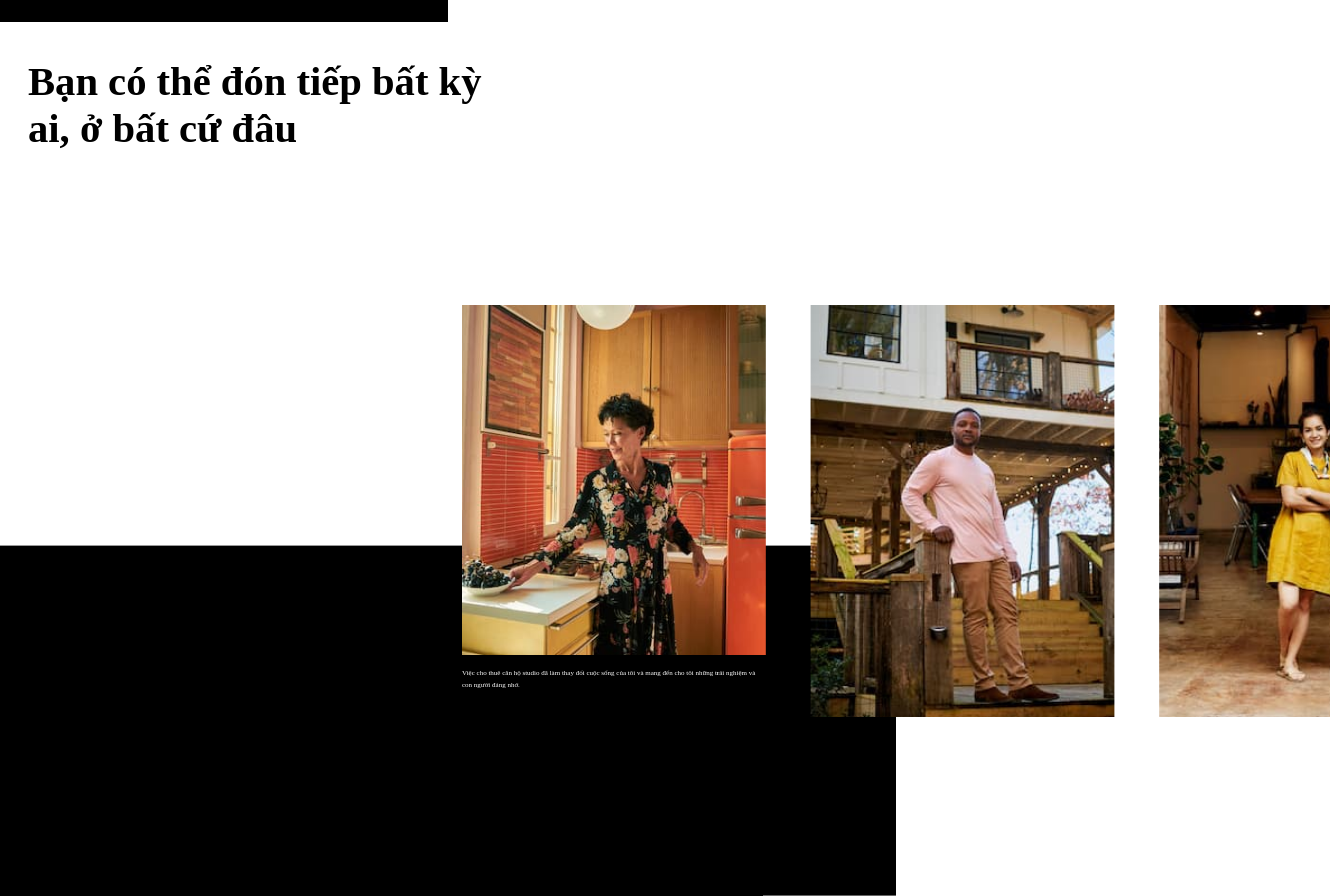
Repository: HoanTiny/AirbnbClone
Page: page3.html
These files come from the project's save history. The page is drawn as it stood at one moment and after the next save; the edit follows.
The browser window is 1280 px wide. The page is 1900 px wide, so the pictures cover 1900 px, including what lies to the right of the window. The pictures show the part of the page from y = 688 to 1968 px (the page is 1968 px tall), at 70% of full size.
Pictures or frames that could not be fetched are drawn as grey boxes.

Above is the page before, as saved 2021-09-13 11:23:28.

### page3.html
<!DOCTYPE html>
<html lang="en">
    <head>
        <meta charset="UTF-8" />
        <meta http-equiv="X-UA-Compatible" content="IE=edge" />
        <meta name="viewport" content="width=device-width, initial-scale=1.0" />
        <link rel="stylesheet" href="./acess/css/mainpage3.css" />
        <link rel="stylesheet" href="./acess/css/gird.css" />
        <link rel="stylesheet" href="./acess/css/base.css" />
        <link rel="stylesheet" href="./acess/css/reponsive.css" />
        <link
            rel="stylesheet"
            href="./acess/font/fontawesome-free-5.15.3-web/css/all.min.css"
        />
        <title>Cho thuê nhà</title>
    </head>
    <body>
        <div class="app-p3">
            <div class="banner">
                <div class="banner__left">
                    <div class="banner__left-img">
                        <svg
                            width="30"
                            height="32"
                            fill="currentcolor"
                            color="#fff"
                            style="display: block"
                        >
                            <path
                                d="M29.24 22.68c-.16-.39-.31-.8-.47-1.15l-.74-1.67-.03-.03c-2.2-4.8-4.55-9.68-7.04-14.48l-.1-.2c-.25-.47-.5-.99-.76-1.47-.32-.57-.63-1.18-1.14-1.76a5.3 5.3 0 00-8.2 0c-.47.58-.82 1.19-1.14 1.76-.25.52-.5 1.03-.76 1.5l-.1.2c-2.45 4.8-4.84 9.68-7.04 14.48l-.06.06c-.22.52-.48 1.06-.73 1.64-.16.35-.32.73-.48 1.15a6.8 6.8 0 007.2 9.23 8.38 8.38 0 003.18-1.1c1.3-.73 2.55-1.79 3.95-3.32 1.4 1.53 2.68 2.59 3.95 3.33A8.38 8.38 0 0022.75 32a6.79 6.79 0 006.75-5.83 5.94 5.94 0 00-.26-3.5zm-14.36 1.66c-1.72-2.2-2.84-4.22-3.22-5.95a5.2 5.2 0 01-.1-1.96c.07-.51.26-.96.52-1.34.6-.87 1.65-1.41 2.8-1.41a3.3 3.3 0 012.8 1.4c.26.4.45.84.51 1.35.1.58.06 1.25-.1 1.96-.38 1.7-1.5 3.74-3.21 5.95zm12.74 1.48a4.76 4.76 0 01-2.9 3.75c-.76.32-1.6.41-2.42.32-.8-.1-1.6-.36-2.42-.84a15.64 15.64 0 01-3.63-3.1c2.1-2.6 3.37-4.97 3.85-7.08.23-1 .26-1.9.16-2.73a5.53 5.53 0 00-.86-2.2 5.36 5.36 0 00-4.49-2.28c-1.85 0-3.5.86-4.5 2.27a5.18 5.18 0 00-.85 2.21c-.13.84-.1 1.77.16 2.73.48 2.11 1.78 4.51 3.85 7.1a14.33 14.33 0 01-3.63 3.12c-.83.48-1.62.73-2.42.83a4.76 4.76 0 01-5.32-4.07c-.1-.8-.03-1.6.29-2.5.1-.32.25-.64.41-1.02.22-.52.48-1.06.73-1.6l.04-.07c2.16-4.77 4.52-9.64 6.97-14.41l.1-.2c.25-.48.5-.99.76-1.47.26-.51.54-1 .9-1.4a3.32 3.32 0 015.09 0c.35.4.64.89.9 1.4.25.48.5 1 .76 1.47l.1.2c2.44 4.77 4.8 9.64 7 14.41l.03.03c.26.52.48 1.1.73 1.6.16.39.32.7.42 1.03.19.9.29 1.7.19 2.5z"
                            ></path>
                        </svg>
                    </div>
                    <div class="banner__left-conttent">
                        <h1 class="banner__left-heading">
                            Đón tiếp khách làm nên linh hồn của Airbnb
                        </h1>
                        <button class="banner__left-btn">
                            Thử đón tiếp khách
                        </button>
                    </div>
                    <i class="fas fa-chevron-down banner__left-icon"></i>
                </div>
                <div class="banner-right">
                    <video
                        id="video"
                        src="./acess/img/Cho thuê nhà trên Airbnb.webm"
                        class="banner__right-video"
                        autoplay
                        crossorigin="anonymous"
                        playsinline
                        preload="auto"
                        aria-label="Chelsea, Chủ nhà ở Philadelphia, mỉm cười khi mở cửa. Soraya, Chủ nhà ở Mumbai, mỉm cười khi mở cửa trước cùng một người khác ở bên cạnh. Mohamed, Chủ nhà ở Johannesburg, mỉm cười khi mở cửa. Maria, Chủ nhà ở Mexico City, gật đầu mỉm cười khi mang cây đi."
                    ></video>
                </div>
            </div>
            <div class="content">
                <div class="content__heading">
                    <div class="grid wide">
                        <h2 class="content__heading-top">
                            Bạn có thể đón tiếp bất kỳ ai, ở bất cứ đâu
                        </h2>
                    </div>
                    <div class="grid wide">
                        <div class="content__home">
                            <div class="home__img">
                                <div class="home__img-home__product">
                                    <img src="./acess/img/home-p3.jpg" class="img content__home-img"></img>
                                </div>
                                <div class="home__img-home__product-text">

                                    <p class="home__img-text">Việc cho thuê căn hộ studio đã làm thay đổi cuộc sống của tôi và mang đến cho tôi những trải nghiệm và con người đáng nhớ.</p>
                                    <p class="home__img-text-e">Hoàn</p>
                                </div>
                            </div>
                            <div class="home__img">
                                <img src="./acess/img/home-p3-2.jpg" class="img content__home-img"></img>
                            </div>
                            <div class="home__img">
                                <img src="./acess/img/home-p3-3.jpg" class="img content__home-img"></img>
                            </div>
                            <div class="home__img">
                                <img src="./acess/img/home-p3-4.jpg" class="img content__home-img"></img>
                            </div>
                        </div>
                    </div>
                </div>
                <div class="content__search"></div>
            </div>
        </div>
        <script>
            var videoPlayer = document.getElementById("video");
            // Auto play, half volume.
            videoPlayer.play();
            videoPlayer.volume = 0.5;

            // Play / pause.
            videoPlayer.addEventListener("click", function () {
                if (videoPlayer.paused == false) {
                    videoPlayer.pause();
                    videoPlayer.firstChild.nodeValue = "Play";
                } else {
                    videoPlayer.play();
                    videoPlayer.firstChild.nodeValue = "Pause";
                }
            });
        </script>
    </body>
</html>

### acess/css/mainpage3.css
body {
    margin: 0;
}

.banner {
    height: 100vh;
    display: flex;
    justify-content: center;
}
.banner__left {
    width: 50%;
    background-color: #000;
    position: relative;
}
.banner__left-img {
    padding: 24px;
}
.banner__left-conttent {
    display: flex;
    flex-direction: column;
    align-items: center;
    justify-content: center;
    position: absolute;
    top: 50%;
    left: 50%;
    transform: translate(-50%, -50%);
    width: fit-content;
}
.banner__left-heading {
    color: #fff;
    text-align: center;
    font-size: 6.8rem;
    line-height: 7rem;
    padding: 12px 24px;
    font-weight: 500;
}
.banner__left-btn {
    padding: 18px 32px;
    font-size: 1.8rem;
    border-radius: 12px;
    background-image: linear-gradient(
        to right,
        rgb(229, 29, 80),
        rgb(220, 14, 100)
    );
    color: var(--white-color);
    border: none;
    cursor: pointer;
}

.banner__left-icon {
    color: var(--white-color);
    position: absolute;
    bottom: 32px;
    font-size: 1.5rem;
    left: 50%;
    padding: 12px;
    margin-left: -12px;
    border-radius: 50%;
    cursor: pointer;
}

.banner__left-icon:hover {
    background-color: #999;
}

.banner-right {
    width: 50%;
}

.banner__right-video {
    object-fit: cover;
    object-position: center top;
    width: 100%;
    height: 100%;
}

.content__heading {
    position: relative;
    height: 700px;
}

.content__heading-top {
    margin-top: 48px;
    font-size: 5.8rem;
    line-height: 6.8rem;
    text-align: left;
    width: 60%;
}

.content__home {
    position: absolute;
    bottom: -35%;
    max-width: 100%;
    overflow-x: auto;
    flex-wrap: nowrap;
    display: flex;
    transform: translate(50%);
}

.content__home::-webkit-scrollbar {
    display: none;
}

.home__img {
    flex-shrink: 0;
    width: 35%;
    margin-right: 64px;
}

.home__img-text {
    color: var(--white-color);
}

.content__home-img {
    width: 100%;
    height: 100%;
    object-fit: cover;
}

.content__search {
    background-color: #000;
    height: 500px;
}

### acess/css/gird.css
.grid {
    width: 100%;
    display: block;
    padding: 0;
}

.grid.wide {
    max-width: 1200px;
    margin: 0 auto;
}

.row {
    display: flex;
    flex-wrap: wrap;
    margin-left: -8px;
    margin-right: -8px;
}

.row.no-gutters {
    margin-left: 0;
    margin-right: 0;
}

.col {
    padding-left: 12px;
    padding-right: 12px;
}

.row.no-gutters .col {
    padding-left: 0;
    padding-right: 0;
}

.c-0 {
    display: none;
}

.c-1 {
    flex: 0 0 8.33333%;
    max-width: 8.33333%;
}

.c-2 {
    flex: 0 0 16.66667%;
    max-width: 16.66667%;
}

.c-3 {
    flex: 0 0 25%;
    max-width: 25%;
}

.c-4 {
    flex: 0 0 33.33333%;
    max-width: 33.33333%;
}

.c-5 {
    flex: 0 0 41.66667%;
    max-width: 41.66667%;
}

.c-6 {
    flex: 0 0 50%;
    max-width: 50%;
}

.c-7 {
    flex: 0 0 58.33333%;
    max-width: 58.33333%;
}

.c-8 {
    flex: 0 0 66.66667%;
    max-width: 66.66667%;
}

.c-9 {
    flex: 0 0 75%;
    max-width: 75%;
}

.c-10 {
    flex: 0 0 83.33333%;
    max-width: 83.33333%;
}

.c-11 {
    flex: 0 0 91.66667%;
    max-width: 91.66667%;
}

.c-12 {
    flex: 0 0 100%;
    max-width: 100%;
}

.c-o-1 {
    margin-left: 8.33333%;
}

.c-o-2 {
    margin-left: 16.66667%;
}

.c-o-3 {
    margin-left: 25%;
}

.c-o-4 {
    margin-left: 33.33333%;
}

.c-o-5 {
    margin-left: 41.66667%;
}

.c-o-6 {
    margin-left: 50%;
}

.c-o-7 {
    margin-left: 58.33333%;
}

.c-o-8 {
    margin-left: 66.66667%;
}

.c-o-9 {
    margin-left: 75%;
}

.c-o-10 {
    margin-left: 83.33333%;
}

.c-o-11 {
    margin-left: 91.66667%;
}

/* >= Tablet */
@media (min-width: 740px) {
    .row {
        margin-left: -4px;
        margin-right: -4px;
    }

    .col {
        padding-left: 4px;
        padding-right: 4px;
    }

    .m-0 {
        display: none;
    }

    .m-1,
    .m-2,
    .m-3,
    .m-4,
    .m-5,
    .m-6,
    .m-7,
    .m-8,
    .m-9,
    .m-10,
    .m-11,
    .m-12 {
        display: block;
    }

    .m-1 {
        flex: 0 0 8.33333%;
        max-width: 8.33333%;
    }

    .m-2 {
        flex: 0 0 16.66667%;
        max-width: 16.66667%;
    }

    .m-3 {
        flex: 0 0 25%;
        max-width: 25%;
    }

    .m-4 {
        flex: 0 0 33.33333%;
        max-width: 33.33333%;
    }

    .m-5 {
        flex: 0 0 41.66667%;
        max-width: 41.66667%;
    }

    .m-6 {
        flex: 0 0 50%;
        max-width: 50%;
    }

    .m-7 {
        flex: 0 0 58.33333%;
        max-width: 58.33333%;
    }

    .m-8 {
        flex: 0 0 66.66667%;
        max-width: 66.66667%;
    }

    .m-9 {
        flex: 0 0 75%;
        max-width: 75%;
    }

    .m-10 {
        flex: 0 0 83.33333%;
        max-width: 83.33333%;
    }

    .m-11 {
        flex: 0 0 91.66667%;
        max-width: 91.66667%;
    }

    .m-12 {
        flex: 0 0 100%;
        max-width: 100%;
    }

    .m-o-1 {
        margin-left: 8.33333%;
    }

    .m-o-2 {
        margin-left: 16.66667%;
    }

    .m-o-3 {
        margin-left: 25%;
    }

    .m-o-4 {
        margin-left: 33.33333%;
    }

    .m-o-5 {
        margin-left: 41.66667%;
    }

    .m-o-6 {
        margin-left: 50%;
    }

    .m-o-7 {
        margin-left: 58.33333%;
    }

    .m-o-8 {
        margin-left: 66.66667%;
    }

    .m-o-9 {
        margin-left: 75%;
    }

    .m-o-10 {
        margin-left: 83.33333%;
    }

    .m-o-11 {
        margin-left: 91.66667%;
    }
}

/* PC medium resolution > */
@media (min-width: 1113px) {
    .row {
        margin-left: -12px;
        margin-right: -12px;
    }

    .row.sm-gutter {
        margin-left: -5px;
        margin-right: -5px;
    }

    .col {
        padding-left: 12px;
        padding-right: 12px;
    }

    .row.sm-gutter .col {
        padding-left: 5px;
        padding-right: 5px;
    }

    .l-0 {
        display: none;
    }

    .l-1,
    .l-2,
    .l-2-4,
    .l-3,
    .l-4,
    .l-5,
    .l-6,
    .l-7,
    .l-8,
    .l-9,
    .l-10,
    .l-11,
    .l-12 {
        display: block;
    }

    .l-1 {
        flex: 0 0 8.33333%;
        max-width: 8.33333%;
    }

    .l-2 {
        flex: 0 0 16.66667%;
        max-width: 16.66667%;
    }

    .l-2-4 {
        flex: 0 0 20%;
        max-width: 20%;
    }

    .l-3 {
        flex: 0 0 25%;
        max-width: 25%;
    }

    .l-4 {
        flex: 0 0 33.33333%;
        max-width: 33.33333%;
    }

    .l-5 {
        flex: 0 0 41.66667%;
        max-width: 41.66667%;
    }

    .l-6 {
        flex: 0 0 50%;
        max-width: 50%;
    }

    .l-7 {
        flex: 0 0 58.33333%;
        max-width: 58.33333%;
    }

    .l-8 {
        flex: 0 0 66.66667%;
        max-width: 66.66667%;
    }

    .l-9 {
        flex: 0 0 75%;
        max-width: 75%;
    }

    .l-10 {
        flex: 0 0 83.33333%;
        max-width: 83.33333%;
    }

    .l-11 {
        flex: 0 0 91.66667%;
        max-width: 91.66667%;
    }

    .l-12 {
        flex: 0 0 100%;
        max-width: 100%;
    }

    .l-o-1 {
        margin-left: 8.33333%;
    }

    .l-o-2 {
        margin-left: 16.66667%;
    }

    .l-o-3 {
        margin-left: 25%;
    }

    .l-o-4 {
        margin-left: 33.33333%;
    }

    .l-o-5 {
        margin-left: 41.66667%;
    }

    .l-o-6 {
        margin-left: 50%;
    }

    .l-o-7 {
        margin-left: 58.33333%;
    }

    .l-o-8 {
        margin-left: 66.66667%;
    }

    .l-o-9 {
        margin-left: 75%;
    }

    .l-o-10 {
        margin-left: 83.33333%;
    }

    .l-o-11 {
        margin-left: 91.66667%;
    }
}

/* Tablet - PC low resolution */
@media (min-width: 740px) and (max-width: 1023px) {
    .wide {
        width: 644px;
    }
}

/* > PC low resolution */
@media (min-width: 1024px) and (max-width: 1239px) {
    .wide {
        width: 984px;
    }

    .wide .row {
        margin-left: -12px;
        margin-right: -12px;
    }

    .wide .row.sm-gutter {
        margin-left: -5px;
        margin-right: -5px;
    }

    .wide .col {
        padding-left: 12px;
        padding-right: 12px;
    }

    .wide .row.sm-gutter .col {
        padding-left: 5px;
        padding-right: 5px;
    }

    .wide .l-0 {
        display: none;
    }

    .wide .l-1,
    .wide .l-2,
    .wide .l-2-4,
    .wide .l-3,
    .wide .l-4,
    .wide .l-5,
    .wide .l-6,
    .wide .l-7,
    .wide .l-8,
    .wide .l-9,
    .wide .l-10,
    .wide .l-11,
    .wide .l-12 {
        display: block;
    }

    .wide .l-1 {
        flex: 0 0 8.33333%;
        max-width: 8.33333%;
    }

    .wide .l-2 {
        flex: 0 0 16.66667%;
        max-width: 16.66667%;
    }

    .wide .l-2-4 {
        flex: 0 0 20%;
        max-width: 20%;
    }

    .wide .l-3 {
        flex: 0 0 25%;
        max-width: 25%;
    }

    .wide .l-4 {
        flex: 0 0 33.33333%;
        max-width: 33.33333%;
    }

    .wide .l-5 {
        flex: 0 0 41.66667%;
        max-width: 41.66667%;
    }

    .wide .l-6 {
        flex: 0 0 50%;
        max-width: 50%;
    }

    .wide .l-7 {
        flex: 0 0 58.33333%;
        max-width: 58.33333%;
    }

    .wide .l-8 {
        flex: 0 0 66.66667%;
        max-width: 66.66667%;
    }

    .wide .l-9 {
        flex: 0 0 75%;
        max-width: 75%;
    }

    .wide .l-10 {
        flex: 0 0 83.33333%;
        max-width: 83.33333%;
    }

    .wide .l-11 {
        flex: 0 0 91.66667%;
        max-width: 91.66667%;
    }

    .wide .l-12 {
        flex: 0 0 100%;
        max-width: 100%;
    }

    .wide .l-o-1 {
        margin-left: 8.33333%;
    }

    .wide .l-o-2 {
        margin-left: 16.66667%;
    }

    .wide .l-o-3 {
        margin-left: 25%;
    }

    .wide .l-o-4 {
        margin-left: 33.33333%;
    }

    .wide .l-o-5 {
        margin-left: 41.66667%;
    }

    .wide .l-o-6 {
        margin-left: 50%;
    }

    .wide .l-o-7 {
        margin-left: 58.33333%;
    }

    .wide .l-o-8 {
        margin-left: 66.66667%;
    }

    .wide .l-o-9 {
        margin-left: 75%;
    }

    .wide .l-o-10 {
        margin-left: 83.33333%;
    }

    .wide .l-o-11 {
        margin-left: 91.66667%;
    }
}

### acess/css/base.css
:root {
    --white-color:#fff;
    --black-color: #000;
    --text-color: #333;
}

* {
    box-sizing: inherit;
}

html {
    /* font-family: Circular, -apple-system, BlinkMacSystemFont, Roboto, "Helvetica Neue", sans-serif; */
    font-family: 'Font Awesome 5 Free';
    box-sizing: border-box;
    font-size: 62.5%;
    line-height: 1.8rem;
}

### acess/css/reponsive.css
@media (min-width: 723px) and (max-width: 1023px) {
    .hold-on-mobile-tablet {
        display: none;
    }
    .background {
        background-position: unset;
    }

    .header__nav-list-tablet {
        display: flex;
    }

    .search {
        margin: 0;
    }

    .search__item:first-of-type {
        padding-left: 32px;
    }

    .search__item {
        margin: 0;
        padding: 12px;
    }

    .home__product-tablet {
        height: 140px;
        overflow: hidden;
        display: -webkit-box;
        -webkit-line-clamp: 2;
    }

    .home__category-tablet {
        display: flex;
        max-width: 100%;
        overflow-x: auto;
        flex-wrap: nowrap;
    }

    .home__category-tablet::-webkit-scrollbar {
        display: none;
    }

    .home__category-item-tablet {
        width: 33.3333%;
        flex-shrink: 0;
    }

    .footer-end {
        flex-direction: column-reverse;
    }

    .footer__end-social-list{
        display: flex;
        justify-content: center;
    }

    .footer__end-copyright-list{
        flex-wrap: wrap;
        justify-content: center;
    }

    .footer__end-copyright__item:first-of-type {
        width: 100%;
        text-align: center;
        margin-bottom: 4px;
    }

    .header__nav-scrollba-btn {
        margin-left: auto;
    }

}

@media (max-width: 723px)
{
    .hold-on-mobile {
        display: none;
    }

    .search {
        display: none;
    }
    .header__nav {
        display: none;
    }

    .header__mobile{
        display: flex;
    }

    .footer {
        text-align: center;
    }

    .home__category-tablet {
        display: flex;
        max-width: 100%;
        overflow-x: auto;
        flex-wrap: nowrap;
    }

    .home__category-tablet::-webkit-scrollbar {
        display: none;
    }

    .home__category-item-tablet {
        width: 33.3333%;
        flex-shrink: 0;
    }

    #header__nav-scrollbar {
        display: none;
    }

    .header__mobile {
        position: fixed;
        top: 0px;
        left: 0;
        right: 0;
        z-index: 12;
        align-items: center;
    }

    .header__mobile-btn {
        border: none;
        background-color: rgb(247, 247, 247);
        box-shadow: none;
        top: 20;
    }

    .web__content-heading {
        font-size: 2.2rem;
        line-height: 2.6rem;
    }

    .home__category-next {
        display: none;
    }

    .home__category-return--active {
        display: none;
    }

    .home__experience-mobile {
        display: flex;
        max-width: 100%;
        overflow-x: auto;
        flex-wrap: nowrap;
    }

    .home__experience-mobile::-webkit-scrollbar {
        display: none;
    }

    .home__experience-mobile-item {
        width: 75%;
        flex-shrink: 0;
    }

    path {
        display: none;
    }
    .search-where {
        display: block;
        position: revert;
    }

    .search-where-icon {
        display: none;
    }

    /* Page 2 */

    .home-place__item-img {
        height: 345px;
    }

    .menu-list__item {
        border: none;
    }

    .header-page2 {
        border-bottom: none;
    }

    .header__mobile-page2 {
        display: block;
    }

    .home-place {
        margin-top: 115px;
    }

}

Loaded but not shown: acess/font/fontawesome-free-5.15.3-web/css/all.min.css (library)

After the next save:
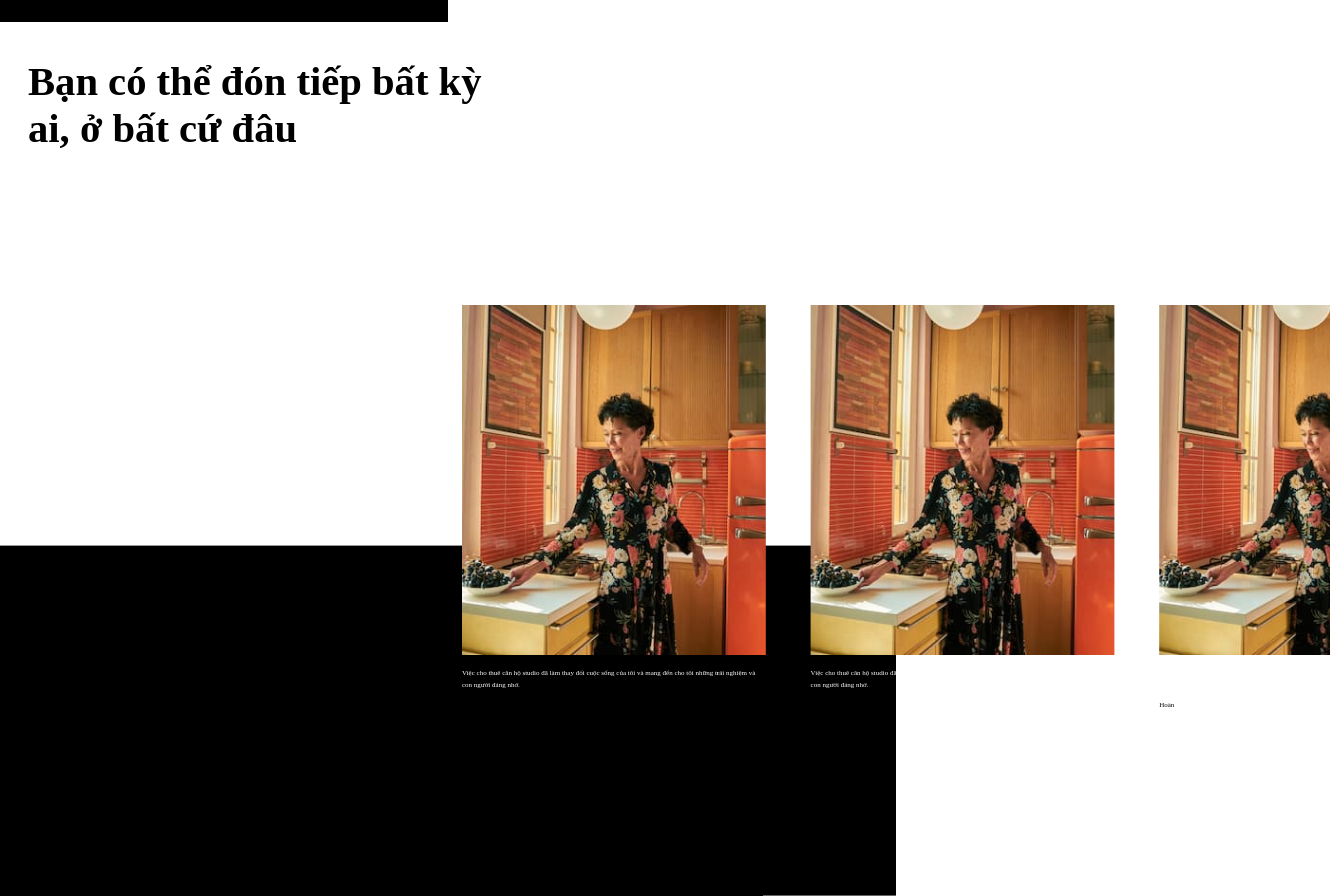
Saved 66 s later.
--- a/page3.html
+++ b/page3.html
@@ -68,19 +68,36 @@
                                     <img src="./acess/img/home-p3.jpg" class="img content__home-img"></img>
                                 </div>
                                 <div class="home__img-home__product-text">
-
                                     <p class="home__img-text">Việc cho thuê căn hộ studio đã làm thay đổi cuộc sống của tôi và mang đến cho tôi những trải nghiệm và con người đáng nhớ.</p>
                                     <p class="home__img-text-e">Hoàn</p>
                                 </div>
                             </div>
                             <div class="home__img">
-                                <img src="./acess/img/home-p3-2.jpg" class="img content__home-img"></img>
+                                <div class="home__img-home__product">
+                                    <img src="./acess/img/home-p3.jpg" class="img content__home-img"></img>
+                                </div>
+                                <div class="home__img-home__product-text">
+                                    <p class="home__img-text">Việc cho thuê căn hộ studio đã làm thay đổi cuộc sống của tôi và mang đến cho tôi những trải nghiệm và con người đáng nhớ.</p>
+                                    <p class="home__img-text-e">Hoàn</p>
+                                </div>
                             </div>
                             <div class="home__img">
-                                <img src="./acess/img/home-p3-3.jpg" class="img content__home-img"></img>
+                                <div class="home__img-home__product">
+                                    <img src="./acess/img/home-p3.jpg" class="img content__home-img"></img>
+                                </div>
+                                <div class="home__img-home__product-text">
+                                    <p class="home__img-text">Việc cho thuê căn hộ studio đã làm thay đổi cuộc sống của tôi và mang đến cho tôi những trải nghiệm và con người đáng nhớ.</p>
+                                    <p class="home__img-text-e">Hoàn</p>
+                                </div>
                             </div>
                             <div class="home__img">
-                                <img src="./acess/img/home-p3-4.jpg" class="img content__home-img"></img>
+                                <div class="home__img-home__product">
+                                    <img src="./acess/img/home-p3.jpg" class="img content__home-img"></img>
+                                </div>
+                                <div class="home__img-home__product-text">
+                                    <p class="home__img-text">Việc cho thuê căn hộ studio đã làm thay đổi cuộc sống của tôi và mang đến cho tôi những trải nghiệm và con người đáng nhớ.</p>
+                                    <p class="home__img-text-e">Hoàn</p>
+                                </div>
                             </div>
                         </div>
                     </div>
